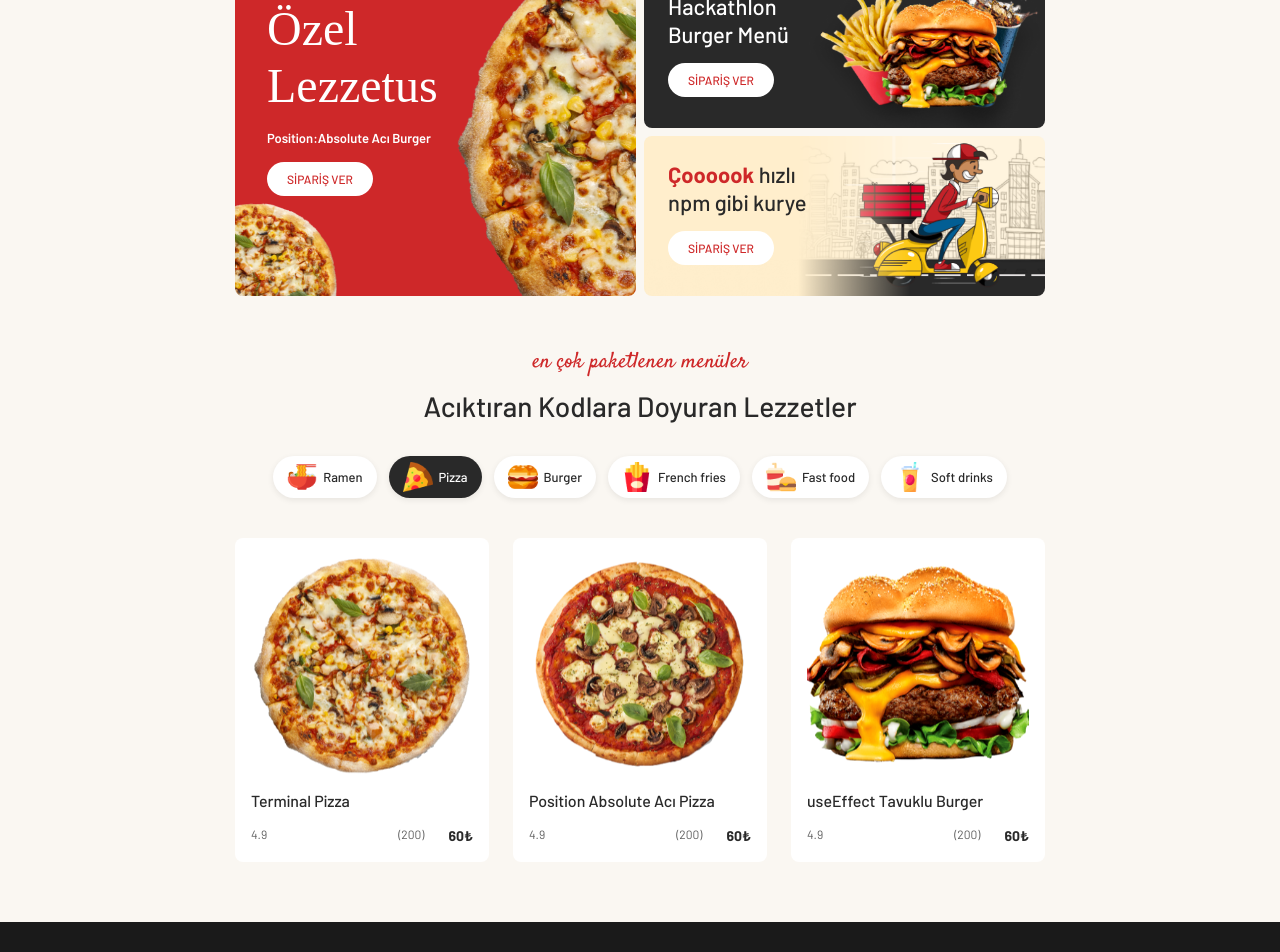
Repository: GozdeAybey/Pizza-HTML-CSS
Page: index.html
An editor plug-in stored every save of this project. The page is shown before and after the next save, followed by the edit.
The browser window is 1280 px wide. The pictures show the part of the page from y = 873 to 1825 px (the page is 2185 px tall).
A picture or video elsewhere on the page could not be fetched, so the positions and the page height are approximate. Some web fonts or font styles are not loaded; a fallback is used.

Above is the page before, as saved 2026-10-29 17:05:38.

After the next save:
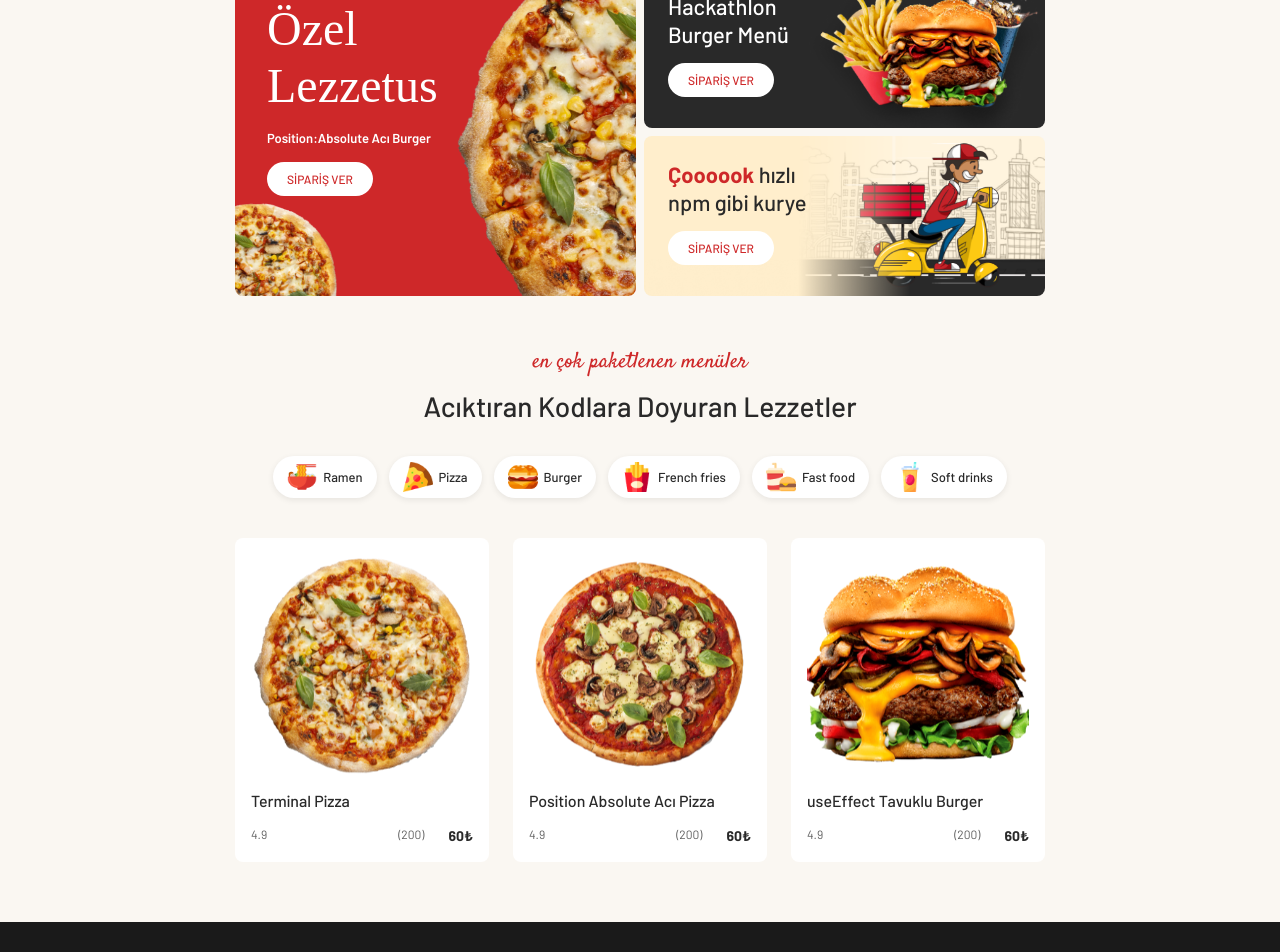
Saved 8 min 42 s later.
--- a/style.css
+++ b/style.css
@@ -262,7 +262,7 @@
     width: 1.875rem;
   }
 
-  .filtreler .secili {
+  .filtreler .secili :hover {
     background-color: var(--gray-dark);
     color: #fff;
   }
